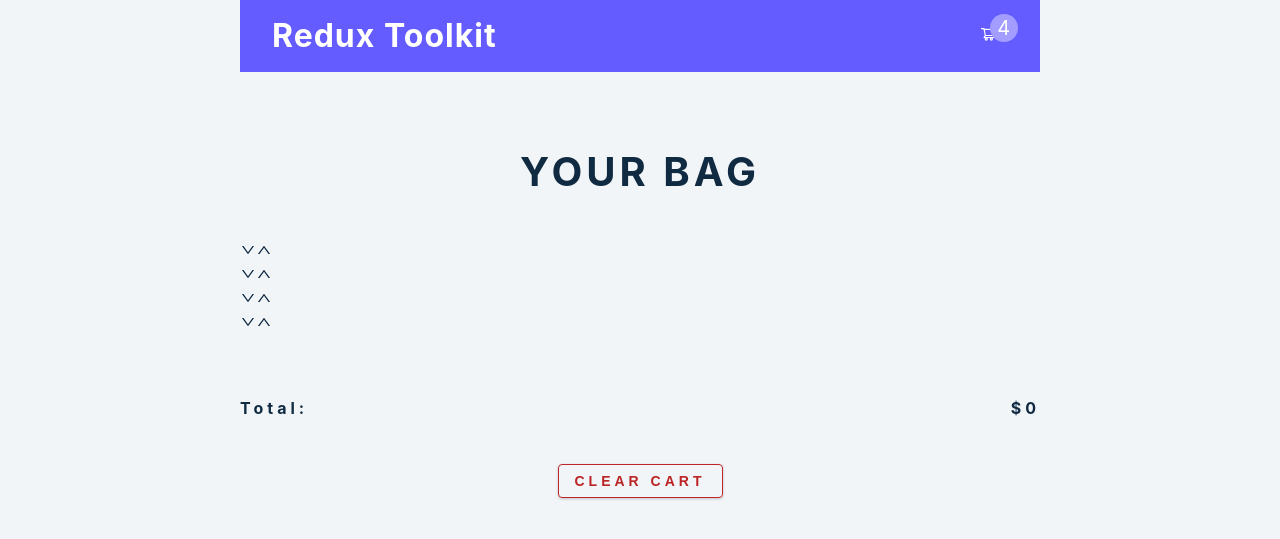
Repository: Nurlan-Bakenbaev/ReduxToolit
Page: /
An editor plug-in stored every save of this project. The page is shown before and after the next save, followed by the edit.
The browser window is 1280 px wide. The pictures show the whole page.
The project was rebuilt for these pictures with package versions that can differ from the ones it lists, and the page was loaded fresh each time.

Above is the page before, as saved 2023-11-08 23:33:35.

After the next save:
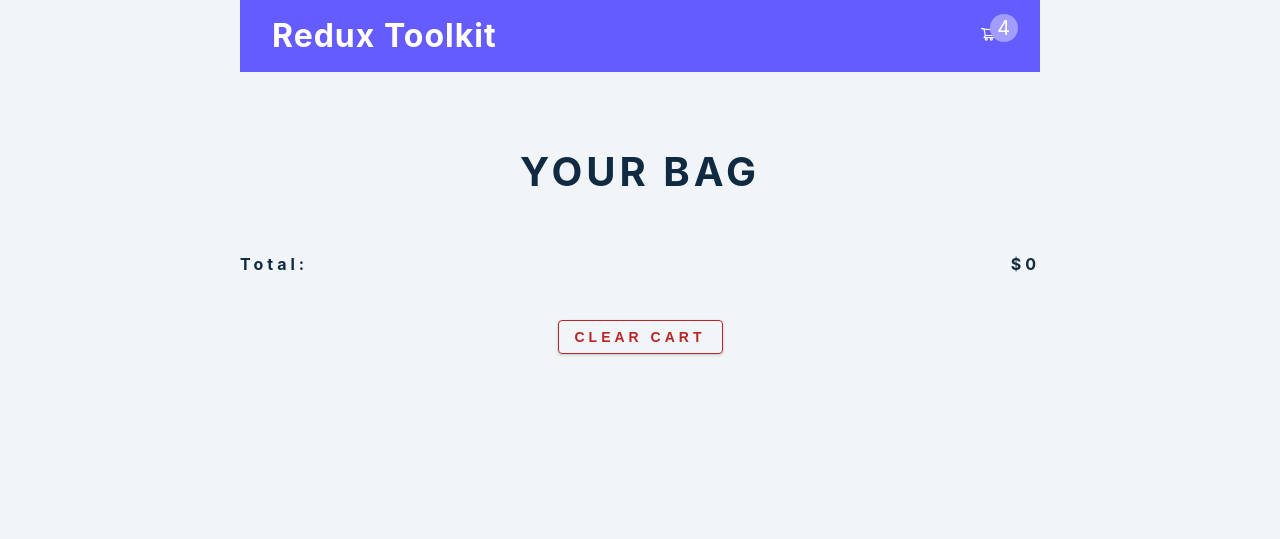
Saved 9 s later.
--- a/src/components/Cartitem.js
+++ b/src/components/Cartitem.js
@@ -3,8 +3,7 @@
 const Cartitem = ({ id, img, title, price, amount }) => {
   return (
     <div>
-      <AiOutlineDown />
-      <AiOutlineUp />
+
     </div>
   );
 };
